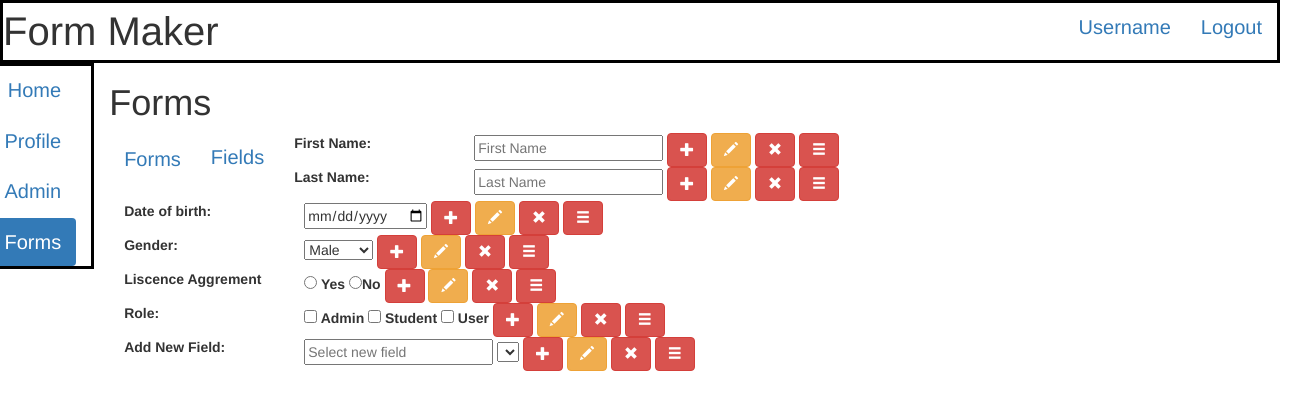
Repository: dishant8/Web-development
Page: public/WebDevWorkspace/Assignment1/WebContent/Css/Bootstrap/form-fields.html
An editor plug-in stored every save of this project. The page is shown before and after a run of saves, followed by the edit.
The browser window is 1280 px wide. The page is 1295 px wide, so the pictures cover 1295 px, including what lies to the right of the window. The pictures show the whole page.

Above is the page before, as saved 2015-10-04 01:40:56.

### public/WebDevWorkspace/Assignment1/WebContent/Css/Bootstrap/form-fields.html
<!DOCTYPE html>
<html>
<head>
<meta charset="ISO-8859-1">
<title>Form Maker</title>
<!--   <link href="Css/bootstrap.min.css" rel="stylesheet" />-->
<link href="app/vendor/bootstrap/dist/css/bootstrap.min.css"
	rel="stylesheet" />

<link rel="stylesheet" href="style.css" />


</head>
<body>
	<div>
		<div id="upper-header">
			<span class="header-width">Form Maker</span>
			<ul class="nav nav-pills navigate">
				<li id="logout" role="presentation"><a href="login.html">Logout</a></li>
				<li id="username" role="presentation"><a href="profile.html">Username</a></li>
			</ul>

		</div>

		<div class="row">

			<div class="col-xs-1 length">

				<ul class="nav nav-pills nav-stacked">
					<li role="presentation"><a href="home.html">Home</a></li>
					<li role="presentation"><a href="profile.html">Profile</a></li>
					<li role="presentation"><a href="admin.html">Admin</a></li>
					<li role="presentation" class="active"><a href="forms.html">Forms</a></li>
				</ul>
			</div>

			<div class="col-xs-11">
				<h1>Forms</h1>

				<ul id="tab" class="nav nav-pills nav-stacked">

					<li role="presentation"><a href="form-fields.html">Fields</a></li>
					<li role="presentation"><a href="forms.html">Forms</a></li>
				</ul>

				<form>
					<div class="selected fields">
						<div>
							<label for="first name" class="col-sm-2">First Name:</label> <input
								id="firstname" placeholder="First Name"
								title="please enter your First Name" name="first name"
								type="text" /> <a href="#" class="btn btn-danger"> <scan
									class="glyphicon glyphicon-plus"></scan>
							</a> <a href="#" class="btn btn-warning"> <scan
									class="glyphicon glyphicon-pencil"></scan>
							</a> <a href="#" class="btn btn-danger"> <scan
									class="glyphicon glyphicon-remove"></scan>
							</a> <a href="#" class="btn btn-danger"> <scan
									class="glyphicon glyphicon-menu-hamburger"></scan>
							</a>

						</div>

						<div>
							<label for="last name" class="col-sm-2">Last Name:</label> <input
								id="firstName" placeholder="Last Name"
								title="please enter your Last Name" name="last name" type="text" />
							<a href="#" class="btn btn-danger"> <scan
									class="glyphicon glyphicon-plus"></scan>
							</a> <a href="#" class="btn btn-warning"> <scan
									class="glyphicon glyphicon-pencil"></scan>
							</a> <a href="#" class="btn btn-danger"> <scan
									class="glyphicon glyphicon-remove"></scan>
							</a> <a href="#" class="btn btn-danger"> <scan
									class="glyphicon glyphicon-menu-hamburger"></scan>
							</a>

						</div>

						<div>
							<label for="dob" class="col-sm-2 ">Date of birth:</label> <input
								id="dob" title="please enter your First Name" name="first name"
								type="date" placeholder="Select Date" /> <a href="#"
								class="btn btn-danger"> <scan
									class="glyphicon glyphicon-plus"></scan>
							</a> <a href="#" class="btn btn-warning"> <scan
									class="glyphicon glyphicon-pencil"></scan>
							</a> <a href="#" class="btn btn-danger"> <scan
									class="glyphicon glyphicon-remove"></scan>
							</a> <a href="#" class="btn btn-danger"> <scan
									class="glyphicon glyphicon-menu-hamburger"></scan>
							</a>

						</div>

						<div>
							<label for="gender" class="col-sm-2 ">Gender:</label> <select
								name="genre" id="gender">
								<option value="Male">Male</option>
								<option value="Female">Female</option>
							</select> <a href="#" class="btn btn-danger"> <scan
									class="glyphicon glyphicon-plus"></scan>
							</a> <a href="#" class="btn btn-warning"> <scan
									class="glyphicon glyphicon-pencil"></scan>
							</a> <a href="#" class="btn btn-danger"> <scan
									class="glyphicon glyphicon-remove"></scan>
							</a> <a href="#" class="btn btn-danger"> <scan
									class="glyphicon glyphicon-menu-hamburger"></scan>
							</a>

						</div>

						<div>
							<label for="checkbox" class="col-sm-2 ">Liscence
								Aggrement</label> <label> <input type="radio" name="subscribe"
								value="yes" id="checkbox" /> Yes
							</label> <label> <input type="radio" name="subscribe" value="no" />No
							</label> <a href="#" class="btn btn-danger"> <scan
									class="glyphicon glyphicon-plus"></scan>
							</a> <a href="#" class="btn btn-warning"> <scan
									class="glyphicon glyphicon-pencil"></scan>
							</a> <a href="#" class="btn btn-danger"> <scan
									class="glyphicon glyphicon-remove"></scan>
							</a> <a href="#" class="btn btn-danger"> <scan
									class="glyphicon glyphicon-menu-hamburger"></scan>
							</a>


						</div>


						<div>
							<label for="role" class="col-sm-2">Role:</label> <label>
								<input type="checkbox" name="Categories" value="Admin" id="role" />
								Admin
							</label> <label> <input type="checkbox" name="Categories"
								value="Student" /> Student
							</label> <label> <input type="checkbox" name="Categories"
								value="User" /> User
							</label> <a href="#" class="btn btn-danger"> <scan
									class="glyphicon glyphicon-plus"></scan>
							</a> <a href="#" class="btn btn-warning"> <scan
									class="glyphicon glyphicon-pencil"></scan>
							</a> <a href="#" class="btn btn-danger"> <scan
									class="glyphicon glyphicon-remove"></scan>
							</a> <a href="#" class="btn btn-danger"> <scan
									class="glyphicon glyphicon-menu-hamburger"></scan>
							</a>

						</div>
					</div>
					<div class="selected fields">


						<label for="new field" class="col-sm-2">Add New Field:</label> <input
							placeholder="Select new field"> <select name="new field"
							id="new fields">



						</select> <a href="#" class="btn btn-danger"> <scan
								class="glyphicon glyphicon-plus"></scan>
						</a> <a href="#" class="btn btn-warning"> <scan
								class="glyphicon glyphicon-pencil"></scan>
						</a> <a href="#" class="btn btn-danger"> <scan
								class="glyphicon glyphicon-remove"></scan>
						</a> <a href="#" class="btn btn-danger"> <scan
								class="glyphicon glyphicon-menu-hamburger"></scan>
						</a>


					</div>

				</form>

			</div>

		</div>
	</div>
</body>
</html>

### public/WebDevWorkspace/Assignment1/WebContent/Css/Bootstrap/style.css
body {margin ="10px";padding ="10px";

}

.col-md-1 {
	border-right: black solid medium;
	border-top: black solid medium;
	border-bottom: black solid medium;
	border-left: black solid medium;
	font-size: 15px;
}

.contain {
	border-bottom: black solid medium;
	border-top: black solid medium;
	border-right: black solid medium;
	border-left: black solid medium;
	margin-top: 30 px;
	margin-bottom: 30 px;
	margin-left: 30 px;
	margin-right: 30 px;
}

#navigate {float = right;
	font-size: 20px;
}

.nav-pills>li {
	float: right;
	font-size: 20px;
}

#upper-header {
	border-bottom: black solid;
	border-right: black solid;
	border-left: black solid;
	border-top: black solid;
}

#tab {
	float: left;
	font-size: 20px;
}

.navigate {
	width: 30%;
	float: right;
}

.header-width {
	width: 70%;
	font-size: 40px;
}

.length {
	height: 50%;
	border-right: black solid;
	border-bottom: black solid;
	border-top: black solid;
}


.selected fields{
	border-top: black solid thick;
}

Loaded but not shown: public/WebDevWorkspace/Assignment1/WebContent/Css/Bootstrap/app/vendor/bootstrap/dist/css/bootstrap.min.css (library)

After the next 2 saves:
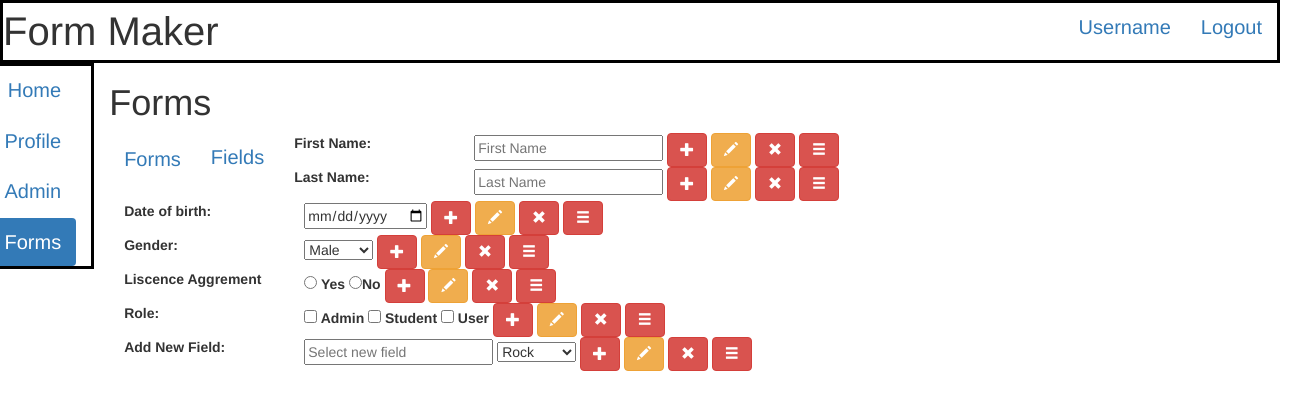
The 2 saves are shown as one change because they came seconds apart.
The last was saved 54 s later.
--- a/public/WebDevWorkspace/Assignment1/WebContent/Css/Bootstrap/form-fields.html
+++ b/public/WebDevWorkspace/Assignment1/WebContent/Css/Bootstrap/form-fields.html
@@ -155,9 +155,10 @@
 						<label for="new field" class="col-sm-2">Add New Field:</label> <input
 							placeholder="Select new field"> <select name="new field"
 							id="new fields">
-
-
-
+							<option value="ROCK">Rock</option>
+							<option value="CLASSICAL">Classical</option>
+							<option value="COUNTRY">Country</option>
+							<option value="NEW AGE">New Age</option>
 						</select> <a href="#" class="btn btn-danger"> <scan
 								class="glyphicon glyphicon-plus"></scan>
 						</a> <a href="#" class="btn btn-warning"> <scan
